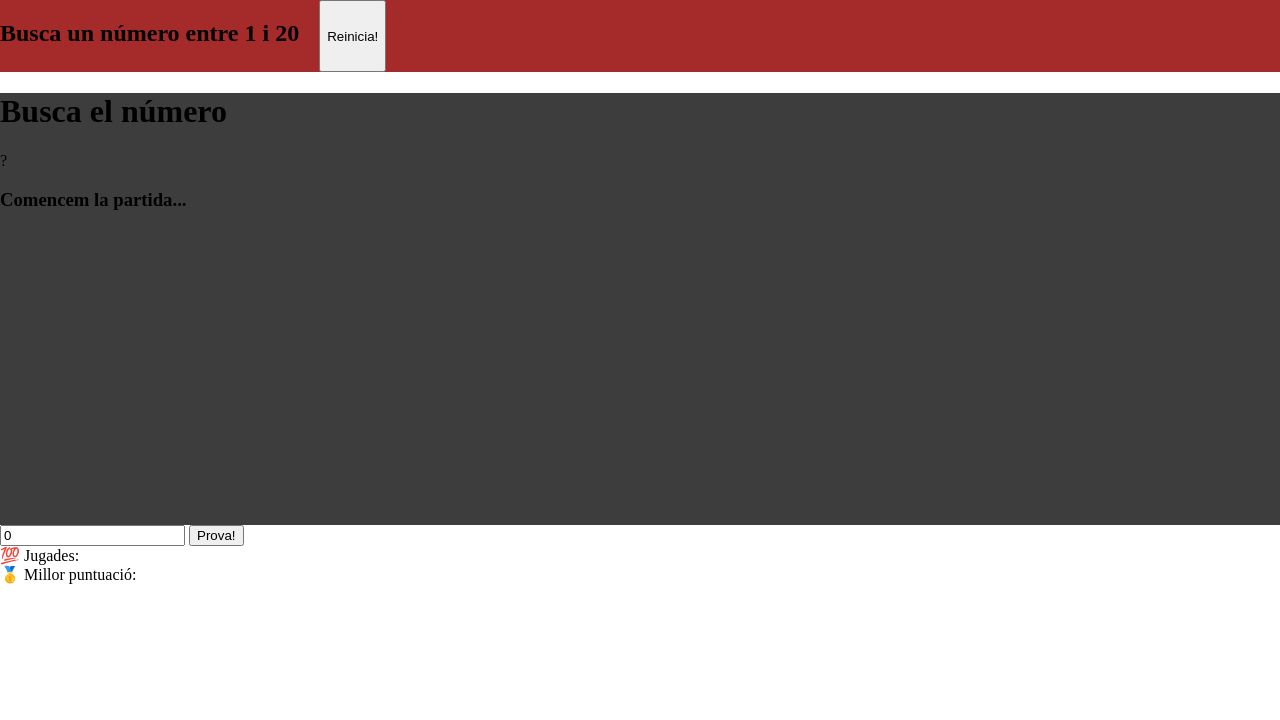
Repository: rdalmau23/M06_01
Page: index.html
These files come from the project's save history. The page is drawn as it stood at one moment and after the next save; the edit follows.
The browser window is 1280 px wide. The pictures show the whole page.

Above is the page before, as saved 2024-10-11 11:19:31.

After the next save:
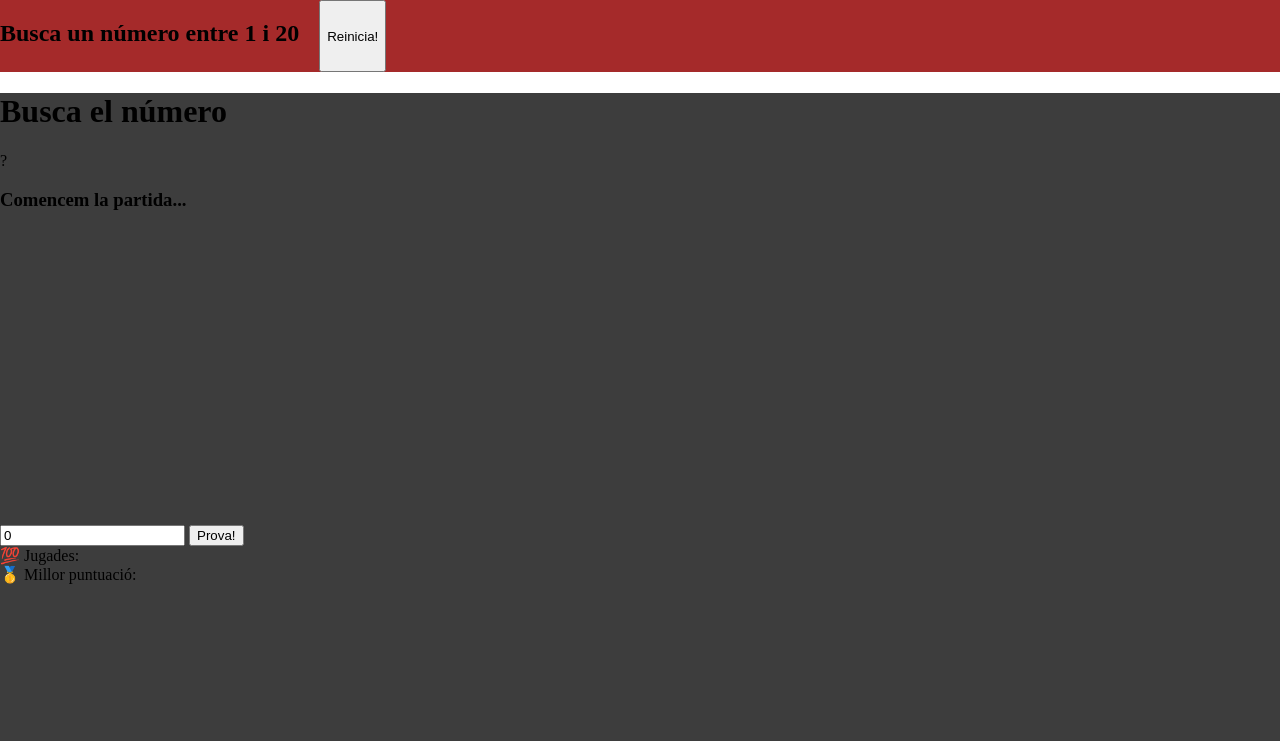
Saved 43 s later.
--- a/style.css
+++ b/style.css
@@ -16,3 +16,7 @@ main{
     background-color: rgb(61, 61, 61);
     height: 60%;
 }
+footer{
+    background-color: rgb(61, 61, 61);
+    height: 30%;
+}
